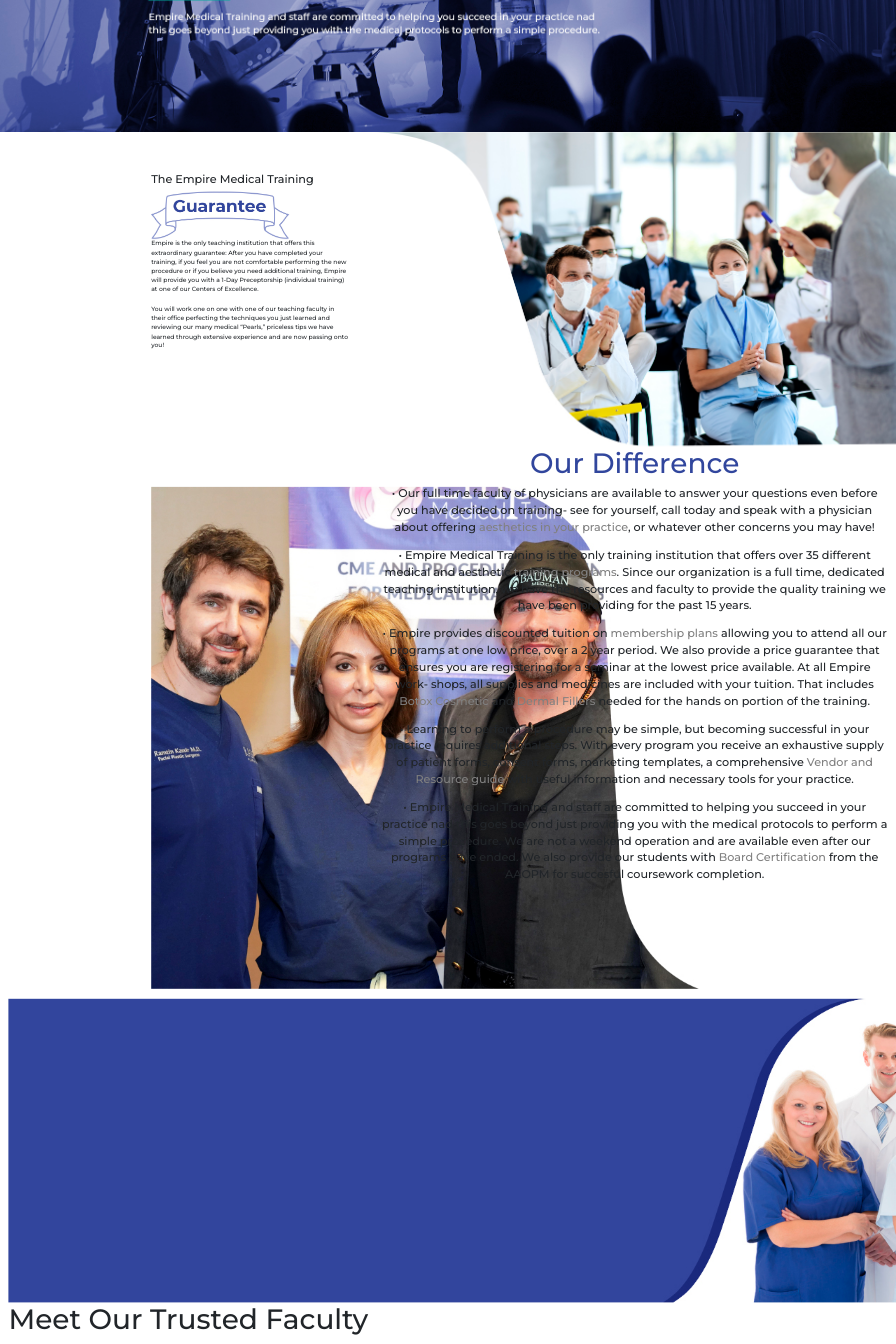
Repository: jorgi710/BODY-CONTOURING-INJECTABLES-AND-ADJUNCT-PROCEDURES
Page: our quarantee/file/src/index.html
These files come from the project's save history. The page is drawn as it stood at one moment and after a run of saves; the edit follows.
The browser window is 1280 px wide. The pictures show the part of the page from y = 371 to 2291 px (the page is 6364 px tall before and 6415 px after), at 70% of full size.

Above is the page before, as saved 2021-04-06 08:45:20.

### our quarantee/file/src/index.html
<!DOCTYPE html>
<html lang="en">
  <head>
    <meta charset="UTF-8" />
    <meta http-equiv="X-UA-Compatible" content="IE=edge" />
    <meta name="viewport" content="width=device-width, initial-scale=1.0" />
    <title>Page_3</title>

    <link
      href="https://cdn.jsdelivr.net/npm/bootstrap@5.0.0-beta3/dist/css/bootstrap.min.css"
      rel="stylesheet"
      integrity="sha384-eOJMYsd53ii+scO/bJGFsiCZc+5NDVN2yr8+0RDqr0Ql0h+rP48ckxlpbzKgwra6"
      crossorigin="anonymous"
    />
    <link
      href="https://fonts.googleapis.com/css2?family=Montserrat:wght@400;500;600;700&display=swap"
      rel="stylesheet"
    />
    <link rel="stylesheet" href="../css/style.css" />
  </head>
  <body>
    <header>
      <div class="container-fluid m-0 p-0">
        <img
          src="../assets/header.jpg"
          alt="navbar"
          class="img-fluid m-0 p-0"
        />
      </div>
    </header>
    <main>
      <section class="section_1">
        <div class="container-fluid text-center">
          <div class="row">
            <div class="col-sm-12 col-md-5 text-start">
              <div class="content_section_1">
                <h1 class="bold">The Empire Medical Training</h1>
                <img src="../assets/logo_main.jpg" alt="logo" class="logo" />
                <p class="medium">
                  Empire is the only teaching institution that offers this
                  extraordinary guarantee: After you have completed your
                  training, if you feel you are not comfortable performing the
                  new procedure or if you believe you need additional training,
                  Empire will provide you with a 1-Day Preceptorship (individual
                  training) at one of our Centers of Excellence.
                </p>
                <p class="medium">
                  You will work one on one with one of our teaching faculty in
                  their office perfecting the techniques you just learned and
                  reviewing our many medical “Pearls,” priceless tips we have
                  learned through extensive experience and are now passing onto
                  you!
                </p>
              </div>
            </div>
            <div class="col-md-7 justify-content-end p-0">
              <img
                src="../assets/section_1_1_web.jpg"
                alt=""
                class="d-none d-md-block img-fluid"
              />
              <img
                src="../assets/section_1_1_mobil.jpg"
                alt=""
                class="d-md-none img-fluid"
              />
            </div>
          </div>
          <div class="row">
            <div class="col-sm-12 col-md-5">
              <img
                src="../assets/section_1_2_web.jpg"
                alt="Our difference"
                class="d-none d-md-block"
              />
              <img
                src="../assets/section_1_2_mobil.jpg"
                alt=""
                class="d-md-none"
              />
            </div>
            <div class="col-md-7">
              <h1 class="bold azul">Our Difference</h1>
              <p class="medium">
                • Our full time faculty of physicians are available to answer
                your questions even before you have decided on training- see for
                yourself, call today and speak with a physician about offering
                <span class="claro">aesthetics in your practice</span>, or
                whatever other concerns you may have!
              </p>
              <p class="medium">
                • Empire Medical Training is the only training institution that
                offers over 35 different medical and aesthetic
                <span class="claro">training programs</span>. Since our
                organization is a full time, dedicated teaching institution, we
                have the resources and faculty to provide the quality training
                we have been providing for the past 15 years.
              </p>
              <p class="medium">
                • Empire provides discounted tuition on
                <span class="claro">membership plans</span>
                allowing you to attend all our programs at one low price, over a
                2 year period. We also provide a price guarantee that ensures
                you are registering for a seminar at the lowest price available.
                At all Empire work- shops, all supplies and medicines are
                included with your tuition. That includes
                <span class="claro">Botox Cosmetic</span> and
                <span class="claro">Dermal Fillers</span> needed for the hands
                on portion of the training.
              </p>
              <p class="medium">
                • Learning to perform a procedure may be simple, but becoming
                successful in your practice requires additional steps. With
                every program you receive an exhaustive supply of patient forms,
                consent forms, marketing templates, a comprehensive
                <span class="claro">Vendor and Resource guide</span> with useful
                information and necessary tools for your practice.
              </p>
              <p class="medium">
                • Empire Medical Training and staff are committed to helping you
                succeed in your practice nad this goes beyond just providing you
                with the medical protocols to perform a simple procedure. We are
                not a weekend operation and are available even after our
                programs have ended. We also provide our students with
                <span class="claro"> Board Certification</span> from the AAOPM
                for succesful coursework completion.
              </p>
            </div>
          </div>
        </div>
      </section>
      <section class="section_2">
        <div class="container-fluid">
          <img src="../assets/section_2.jpg" alt="Meet Our Trusted Faculty" />

          <div class="content">
            <h1>Meet Our Trusted Faculty</h1>
            <p>
              Empire Medical Training celebrates 15 years of success in training
              physicians and health care professionals. We believe our success
              is due, in part, to the extra things our organization and faculty
              provide for you.
            </p>
            <button class="btn btn-danger"><h3>Meet Faculty</h3></button>
          </div>
        </div>
      </section>
      <section class="section_3">
        <div>
          <h1 class="negro bold">
            <span class="azul">Background &</span> Achievements
          </h1>
          <p class="medium">
            Now a little about Empire Medical Training’s background and
            achievements: Why Empire is committed to excellence:
          </p>
          <p class="medium">
            Empire Medical Training celebrates our 22nd year of training and we
            remain the #1 medical training and certification CME Medical and
            Aesthetic workshops offered each year, Empire has trained over
            125,000 Physicians, Dentists, Nurses, and other Health Care
            Professionals. With countless
            <span class="claro">testimonials</span> from satisfied attendees, we
            stand behind our programs and provide a complete satisfaction
            guarantee. source worldwide.
          </p>
          <p class="medium">
            Empire has acquired a distinguished reputation in education and
            serves as a training facility for Allergan (Botox, Juvederm) and
            Medicis (Restylane), along with many of the largest Aesthetic Laser
            Manufacturers. In addition, Empire is proud to have been chosen by
            the Florida Dental Association (FDA) to train their member Dentists
            in Botox Cosmetic and other Aesthetic Procedures.
          </p>
          <p class="medium">
            At Empire, we believe our success is dependent on you receiving
            quality training and instruction. Empire Medical Training is a
            nationally recognized CME Training Institution for Physicians,
            Dentists, Nurses and other Health Care Professionals.
          </p>
        </div>
        <div class="row">
          <div class="col-sm-12 col-md-6">
            <p class="medium">
              In addition to training at resort hotels, Empire has pioneered the
              first <span class="claro">premier Medical Spa</span> in Fort
              Lauderdale, Florida where physicians can enjoy training on actual
              patients and receive classroom didactic presentations. This
              facility has been designed specifically for training purposes
              utilizing state of the art aesthetic lasers and medical spa
              equipment along with modern classroom facilities and training
              aids. All courses are conducted by Physicians and other
              Specialists in Aesthetics, Pain Management, Surgery, and Medicine.
              Not by less qualified Instructors.
            </p>
            <p class="medium">
              Empire has achieved an outstanding reputation through a
              distinguished faculty of Physician specialists. Your training will
              be conducted by Physicians and other Specialists in Aesthetics,
              Pain Management, Surgery, and Medicine. We believe it is important
              for attendees to be exposed to a faculty of instructors for a more
              complete understanding of the topic, rather than just 1 part time
              physician or nurse instructor like many training companies do.
              Beware of start up seminar companies who employ less qualified
              personnel for your training, or local doctors’ offices with
              impressive web sites looking to supplement their income by
              offering inferior or incomplete training as a side job.
            </p>
          </div>
          <div class="col-sm-12 col-md-6">
            <img
              src="../assets/section_3_web.jpg"
              alt="background achievements"
              class="d-none d-md-block"
            />
            <img
              src="../assets/section_3_mobil.jpg"
              alt="background achievements"
              class="d-md-none"
            />
          </div>
        </div>
      </section>
      <section class="section_4">
        <img src="../assets/section_4.jpg" alt="aesthetics starter kit" />
      </section>
      <section class="section_5">
        <div class="row">
          <div class="col-sm-12 col-md-6">
            <img
              src="../assets/section_5_web.jpg"
              alt="empire"
              class="d-none d-md-block"
            />
            <img
              src="../assets/section_5_mobile.jpg"
              alt="empire"
              class="d-md-none"
            />
          </div>
          <div class="col-md-6">
            <h1 class="bold">
              The Programs at Empire are Actually
              <span class="azul">Hands On</span>
            </h1>
            <p class="medium">
              Many seminar companies claim you will receive hands on training
              but they can not, or, are not qualified to provide this
              experience. During our Aesthetic Programs, Empire attendees will
              inject live patients with real, authentic products – not saline)
              and perform other procedures depending on the topic. During other
              esthetic training and our medical procedures’ training, attendees
              will work on
              <span class="claro">Cadavers from the Medical School</span>
              University lab along with volunteer patients and models.
            </p>
            <p class="medium">
              Empire works with a variety of the largest medical equipment
              manufacturers to help provide the training which requires
              equipment usage, i.e. Aesthetic Lasers and Supplies, Ultrasound, X
              Ray, etc. This variety is essential for attendees to gain a
              complete understanding of the technologies available rather than
              just a limited exposure. You will never see only 1 or 2 laser
              manufacturers at our programs. Beware of training institutions who
              have arrangements with only 1 or 2 vendors.
            </p>
          </div>
        </div>
        <p class="medium">
          Deciding on where you receive you training is an important decision
          and should be made carefully. Make sure your instructors are Physician
          Specialists in their field, i.e. Plastic Surgery and are part of a
          faculty of the institution. Simply reading some instructions is not
          enough, quality instruction means going beyond the technical details
          and into the <span class="claro">“pearls”</span> that make your
          patients happy and give you the reputation you want. Beware of less
          qualified personnel. Be sure the training institution is dedicated to
          training and not a part time doctors office/ seminar company. Make
          sure the programs are fully accredited by a medical academy and not
          “co sponsored” by another institution. Most importantly, beware of
          unrealistic promises and look for training that can and will provide
          Hands- On experience. There is no other effective way to learn
          procedural skills. Empire Medical Training is dedicated to your
          success and we encourage you to ask questions with whomever you decide
          to be trained by.
        </p>
      </section>
    </main>
    <footer>
      <img src="../assets/footer.jpg" alt="footer" class="img-fluid" />
    </footer>
  </body>
</html>

### our quarantee/file/css/style.css
@import url("https://fonts.googleapis.com/css2?family=Montserrat:wght@400;500;600;500&display=swap");
* {
  box-sizing: border-box;
  font-family: var(--fuente);
}
header,
section {
  overflow-x: hidden;
}
:root {
  --fuente: "Montserrat", cursive;
  --azul: #31469d;
  --clarito: #808080;
  --negro: #000000;
  --regular: 400;
  --medium: 500;
  --semi_bold: 600;
  --bold: 500;
}
.regular {
  font-weight: 400;
}
.medium {
  font-weight: 500;
}
.semi {
  font-weight: 600;
}
.bold {
  font-weight: 500;
}
.azul {
  color: #31469d;
}
.claro {
  color: #808080;
}
.negro {
  color: #000000;
}
.section_1 .row .col-md-5 {
  padding: 8vmin 5vmin;
  padding-bottom: 2vmin;
  padding-left: 30vmin;
}
.section_1 .row .col-md-7 img {
  width: 100%;
}
.section_1 .row .col-md-5 h1 {
  font-size: medium;
}
.section_1 .row .col-md-5 p {
  font-size: 1.2vmin;
}
.section_1 .row .col-md-5 .logo {
  width: 70%;
}

After the next 2 saves:
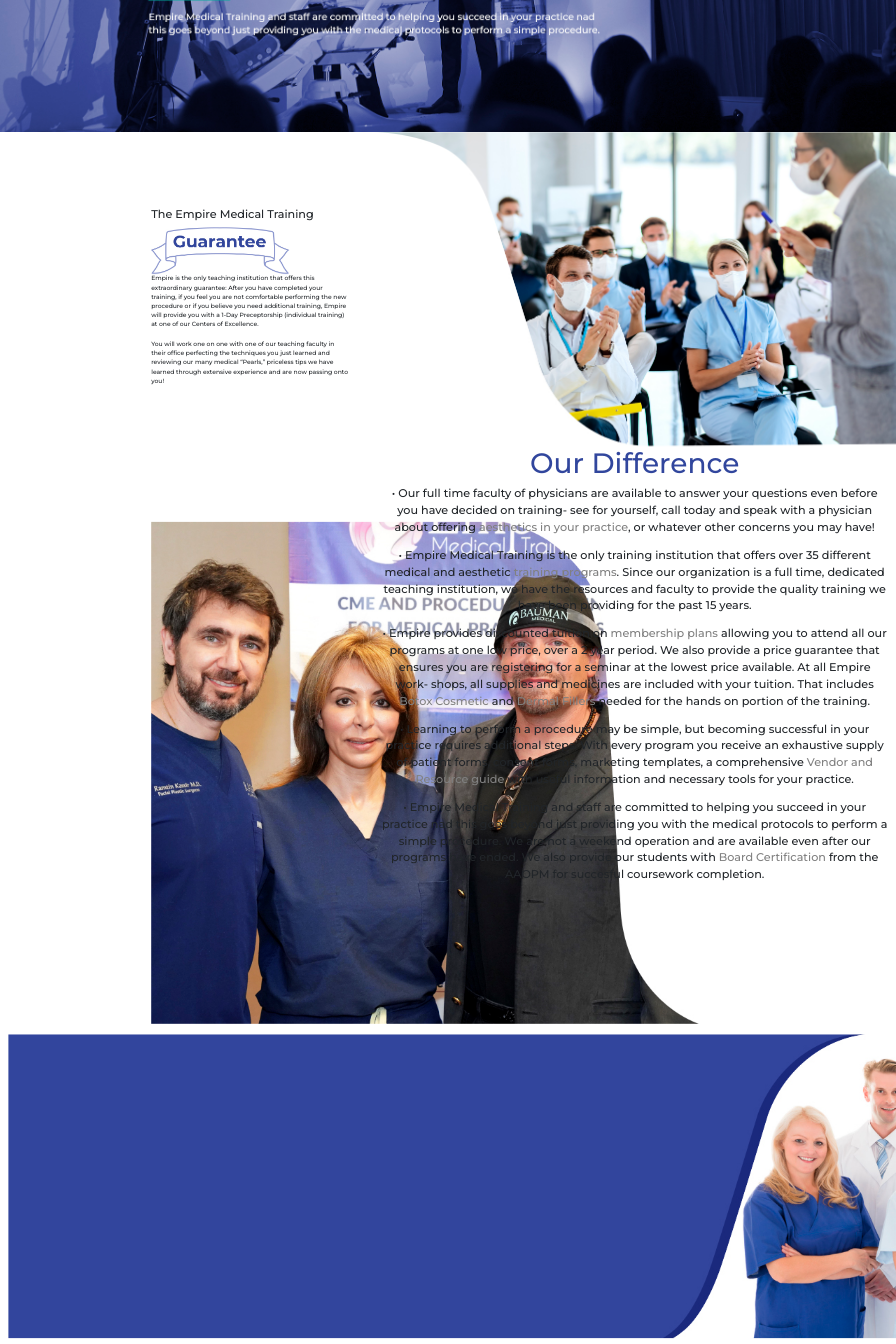
The 2 saves are shown as one change because they came seconds apart.
The last was saved 7 s later.
--- a/our quarantee/file/css/style.css
+++ b/our quarantee/file/css/style.css
@@ -39,7 +39,7 @@
   color: #000000;
 }
 .section_1 .row .col-md-5 {
-  padding: 8vmin 5vmin;
+  padding: 15vmin 5vmin;
   padding-bottom: 2vmin;
   padding-left: 30vmin;
 }
